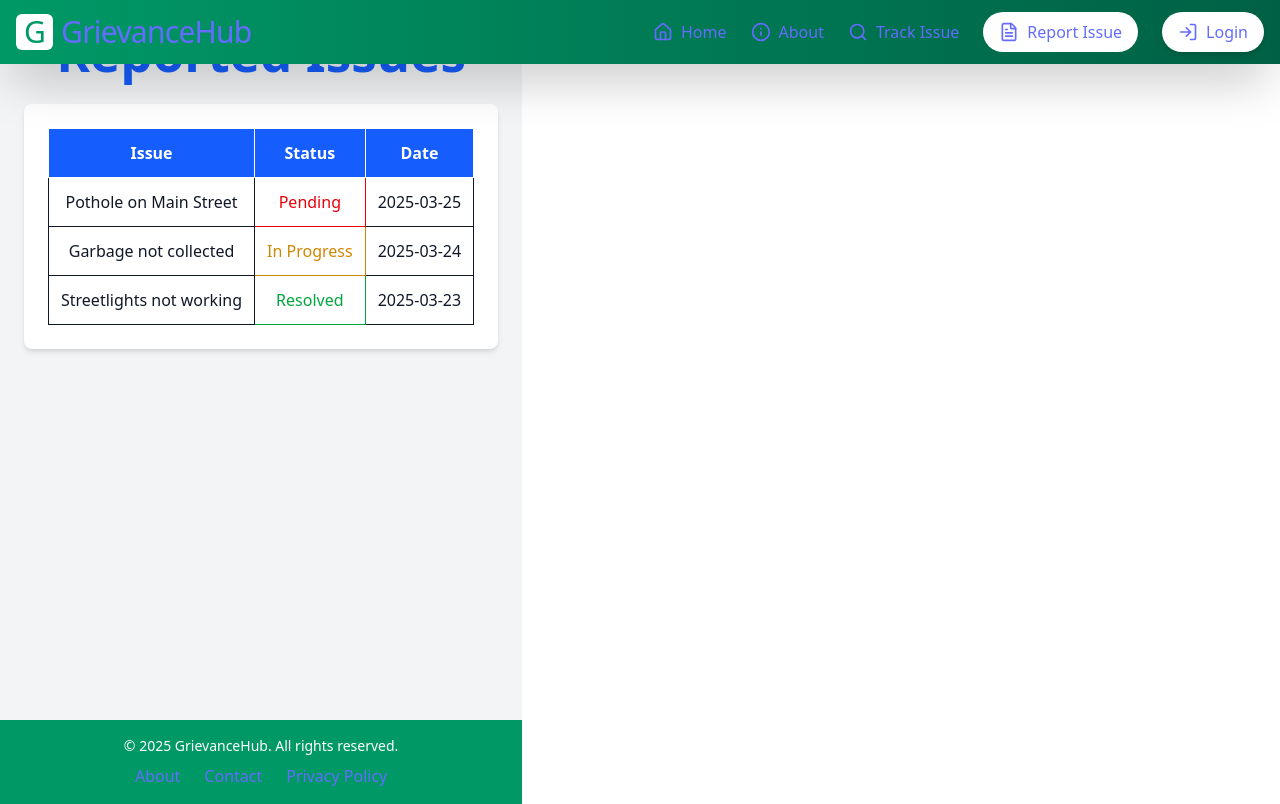
Repository: Aishi4/Grievance-Hub
Page: /report (app in my-vite-Griv/)
The author's editor kept a copy of each file at every save. The page is drawn from the files as they stood at one save, then again after the next save.
The browser window is 1280 px wide. The pictures show the whole page.
The project was rebuilt for these pictures with package versions that can differ from the ones it lists, and the page was loaded fresh each time. Also part of the build but not shown: my-vite-Griv/vite.config.js, my-vite-Griv/src/Home.jsx, my-vite-Griv/src/App.jsx, my-vite-Griv/src/About.jsx, my-vite-Griv/src/TrackIssue.jsx.

Above is the page before, as saved 2025-03-27 21:19:07.

### my-vite-Griv/src/main.jsx
import { StrictMode } from 'react'
import { createRoot } from 'react-dom/client'
import './index.css'
import App from './App.jsx'
import { Route,createBrowserRouter, createRoutesFromElements, RouterProvider } from 'react-router'
import Layout from './Layout.jsx'
import Home from './Home.jsx'
import Report from './Report.jsx'
import About from './About.jsx'
import TrackIssue from './TrackIssue.jsx'
import ReportSubmit from './ReportSubmit.jsx'

const router = createBrowserRouter(
  createRoutesFromElements(
    <Route path='/' element={<Layout />}>
      <Route path="" element={<Home />} />
      <Route path="report" element={<Report />} />
      <Route path="about" element={<About />} />
      <Route path="track" element={<TrackIssue />} />

    </Route>
  )
)

createRoot(document.getElementById('root')).render(
  <StrictMode>




    <RouterProvider router={router} />

  </StrictMode>,
)

### my-vite-Griv/src/Layout.jsx
import React from 'react'
import Navbar from './Navbar'
import Footer from './Footer'
import { Outlet } from 'react-router-dom'

function Layout() {
  return (
    <>
    <Navbar/>
    <main className="flex-grow text-gray-900 dark:text-white dark:bg-gray-900">
                <Outlet />
            </main>
    <Footer />
    </>
  )
}

export default Layout

### my-vite-Griv/src/Report.jsx
import { useState, useEffect } from "react";

const Report = () => {
  const [reports, setReports] = useState([]);

  // Simulating fetching reports from an API
  useEffect(() => {
    const fetchReports = async () => {
      // Replace with actual API call
      const fakeReports = [
        { id: 1, title: "Pothole on Main Street", status: "Pending", date: "2025-03-25" },
        { id: 2, title: "Garbage not collected", status: "In Progress", date: "2025-03-24" },
        { id: 3, title: "Streetlights not working", status: "Resolved", date: "2025-03-23" },
      ];
      setReports(fakeReports);
    };
    fetchReports();
  }, []);

  return (
    <div className="min-h-screen bg-gray-100 p-6">
      <h1 className="text-3xl font-bold text-blue-600 text-center mb-6">Reported Issues</h1>
      <div className="max-w-4xl mx-auto bg-white p-6 rounded-lg shadow-md">
        {reports.length > 0 ? (
          <table className="w-full border-collapse border border-gray-300">
            <thead>
              <tr className="bg-blue-600 text-white">
                <th className="p-3 border">Issue</th>
                <th className="p-3 border">Status</th>
                <th className="p-3 border">Date</th>
              </tr>
            </thead>
            <tbody>
              {reports.map((report) => (
                <tr key={report.id} className="text-center border-b">
                  <td className="p-3 border">{report.title}</td>
                  <td className={`p-3 border ${
                    report.status === "Resolved" ? "text-green-600" :
                    report.status === "In Progress" ? "text-yellow-600" : "text-red-600"
                  }`}>
                    {report.status}
                  </td>
                  <td className="p-3 border">{report.date}</td>
                </tr>
              ))}
            </tbody>
          </table>
        ) : (
          <p className="text-gray-600 text-center">No reports found.</p>
        )}
      </div>
    </div>
  );
};

export default Report;

### my-vite-Griv/src/Navbar.jsx
import React, { useState } from 'react';
import { Link } from "react-router-dom";
import { motion } from "framer-motion";
import { Home, Info, Search, FileText, LogIn } from "lucide-react";

const Navbar = () => {
  const [isHovered, setIsHovered] = useState(null);

  const navItems = [
    {
      to: "/",
      label: "Home",
      icon: Home
    },
    {
      to: "/about",
      label: "About",
      icon: Info
    },
    {
      to: "/track",
      label: "Track Issue",
      icon: Search
    },
    {
      to: "/report",
      label: "Report Issue",
      icon: FileText,
      special: true
    }
  ];

  return (
    <motion.nav
      initial={{ opacity: 0, y: -50 }}
      animate={{ opacity: 1, y: 0 }}
      transition={{ duration: 0.6, type: "spring", stiffness: 50 }}
      className="fixed w-full z-50 bg-gradient-to-r from-emerald-600 to-emerald-800 text-white shadow-2xl"
    >
      <div className="container mx-auto px-4 py-3 flex justify-between items-center">
        {/* Logo with Hover Effect */}
        <motion.div
          whileHover={{ scale: 1.1 }}
          whileTap={{ scale: 0.95 }}
        >
          <Link
            to="/"
            className="text-3xl font-extrabold tracking-tight flex items-center space-x-2"
          >
            <span className="bg-white text-emerald-600 px-2 rounded-md">G</span>
            <span>GrievanceHub</span>
          </Link>
        </motion.div>

        {/* Navigation Links and Login */}
        <div className="flex items-center space-x-6">
          {navItems.map((item, index) => (
            <motion.div
              key={item.to}
              onHoverStart={() => setIsHovered(index)}
              onHoverEnd={() => setIsHovered(null)}
              className="relative"
            >
              <Link
                to={item.to}
                className={`
                  flex items-center space-x-2
                  ${item.special
                    ? 'bg-white text-emerald-600 px-4 py-2 rounded-full'
                    : 'text-white hover:text-emerald-200'}
                  transition-all duration-300
                `}
              >
                <item.icon size={20} />
                <span>{item.label}</span>
              </Link>

              {!item.special && isHovered === index && (
                <motion.div
                  layoutId="underline"
                  className="absolute bottom-[-6px] left-0 right-0 h-1 bg-white rounded-full"
                  initial={{ width: 0 }}
                  animate={{ width: '100%' }}
                />
              )}
            </motion.div>
          ))}

          {/* Login Button */}
          <motion.div
            whileHover={{ scale: 1.05 }}
            whileTap={{ scale: 0.95 }}
          >
            <Link
              to="/login"
              className="flex items-center space-x-2 bg-white text-emerald-700 px-4 py-2 rounded-full font-semibold shadow-md hover:bg-emerald-50 transition-all duration-300"
            >
              <LogIn size={20} />
              <span>Login</span>
            </Link>
          </motion.div>
        </div>
      </div>
    </motion.nav>
  );
};

export default Navbar;

### my-vite-Griv/src/Footer.jsx
const Footer = () => {
    return (
      <footer className="bg-emerald-600 text-white py-4  text-center">
        <div className="container mx-auto">
          <p className="text-sm">&copy; {new Date().getFullYear()} GrievanceHub. All rights reserved.</p>
          <div className="flex justify-center space-x-6 mt-2">
            <a href="/about" className="hover:underline">About</a>
            <a href="/contact" className="hover:underline">Contact</a>
            <a href="/privacy" className="hover:underline">Privacy Policy</a>
          </div>
        </div>
      </footer>
    );
  };

  export default Footer;

### my-vite-Griv/src/ReportSubmit.jsx
import { useState } from "react";
import { getStorage, ref, uploadBytes, getDownloadURL } from "firebase/storage";
import { getFirestore, collection, addDoc } from "firebase/firestore";
import { app } from "./firebaseConfig"; // Ensure you have Firebase initialized
import { ToastContainer, toast } from "react-toastify";
import "react-toastify/dist/ReactToastify.css";

const storage = getStorage(app);
const db = getFirestore(app);

const ReportSubmit = () => {
  const [formData, setFormData] = useState({
    title: "",
    description: "",
    image: null,
  });
  const [loading, setLoading] = useState(false);

  const handleChange = (e) => {
    const { name, value } = e.target;
    setFormData({ ...formData, [name]: value });
  };

  const handleFileChange = (e) => {
    setFormData({ ...formData, image: e.target.files[0] });
  };

  const handleSubmit = async (e) => {
    e.preventDefault();
    setLoading(true);
    try {
      let imageUrl = "";
      if (formData.image) {
        const imageRef = ref(storage, `reports/${formData.image.name}`);
        await uploadBytes(imageRef, formData.image);
        imageUrl = await getDownloadURL(imageRef);
      }

      await addDoc(collection(db, "reports"), {
        title: formData.title,
        description: formData.description,
        imageUrl,
        createdAt: new Date()
      });

      toast.success("Report submitted successfully!");
      setFormData({ title: "", description: "", image: null });
    } catch (error) {
      console.error("Error submitting report:", error);
      toast.error("Failed to submit report");
    }
    setLoading(false);
  };

  return (
    <div className="min-h-screen bg-gradient-to-r from-blue-500 to-purple-600 flex items-center justify-center p-6">
      <div className="bg-white p-8 rounded-2xl shadow-lg w-full max-w-lg">
        <h1 className="text-3xl font-bold text-blue-700 text-center mb-6">Submit a Report</h1>
        <form onSubmit={handleSubmit} className="space-y-5">
          <div>
            <label className="block font-semibold">Issue Title</label>
            <input
              type="text"
              name="title"
              value={formData.title}
              onChange={handleChange}
              required
              className="w-full p-3 border border-gray-300 rounded-lg focus:ring-2 focus:ring-blue-500"
              placeholder="Enter issue title"
            />
          </div>

          <div>
            <label className="block font-semibold">Description</label>
            <textarea
              name="description"
              value={formData.description}
              onChange={handleChange}
              required
              className="w-full p-3 border border-gray-300 rounded-lg focus:ring-2 focus:ring-blue-500"
              placeholder="Describe the issue"
            />
          </div>

          <div>
            <label className="block font-semibold">Upload Image (Optional)</label>
            <input
              type="file"
              accept="image/*"
              onChange={handleFileChange}
              className="w-full p-3 border border-gray-300 rounded-lg cursor-pointer"
            />
          </div>

          <button
            type="submit"
            className="w-full bg-blue-700 text-white p-3 rounded-lg font-semibold hover:bg-blue-800 transition-all duration-300"
            disabled={loading}
          >
            {loading ? "Submitting..." : "Submit Report"}
          </button>
        </form>
      </div>
      <ToastContainer />
    </div>
  );
};

export default ReportSubmit;

### my-vite-Griv/src/firebaseConfig.js
import { initializeApp } from "firebase/app";

const firebaseConfig = {
  apiKey: "AIzaSyClJ4eQBW4UoYYRd-Kvwt9zH089CLMB4bc",

  authDomain: "job-hunter-c5e34.firebaseapp.com",

  projectId: "job-hunter-c5e34",

  storageBucket: "job-hunter-c5e34.firebasestorage.app",

  messagingSenderId: "866168388780",

  appId: "1:866168388780:web:a004e9c888e3d4e5d37309",

  measurementId: "G-0FJ6Z0FYDE",
};

export const app = initializeApp(firebaseConfig);

Loaded but not shown: my-vite-Griv/index.html (common file); my-vite-Griv/src/index.css (common file)

After the next save:
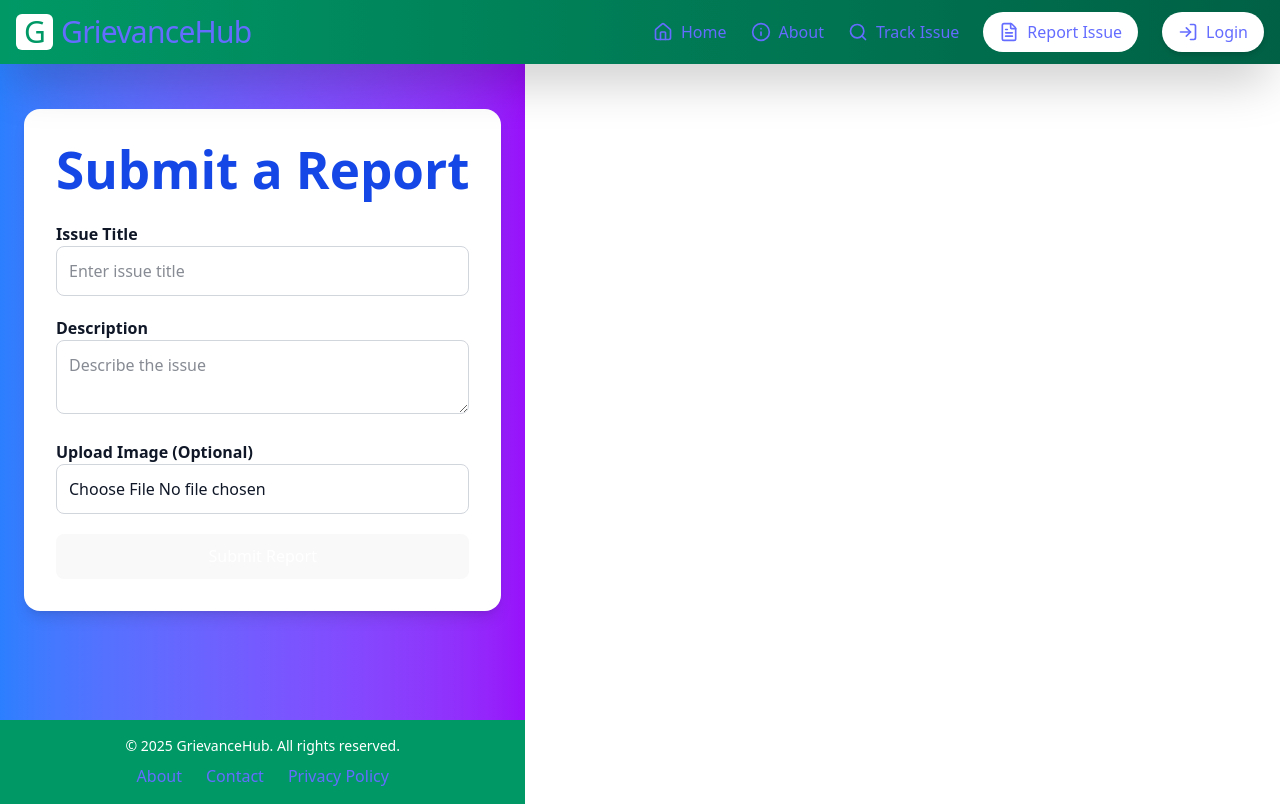
Saved 20 s later.
--- a/my-vite-Griv/src/main.jsx
+++ b/my-vite-Griv/src/main.jsx
@@ -14,7 +14,7 @@ const router = createBrowserRouter(
   createRoutesFromElements(
     <Route path='/' element={<Layout />}>
       <Route path="" element={<Home />} />
-      <Route path="report" element={<Report />} />
+      <Route path="report" element={<ReportSubmit />} />
       <Route path="about" element={<About />} />
       <Route path="track" element={<TrackIssue />} />
 
